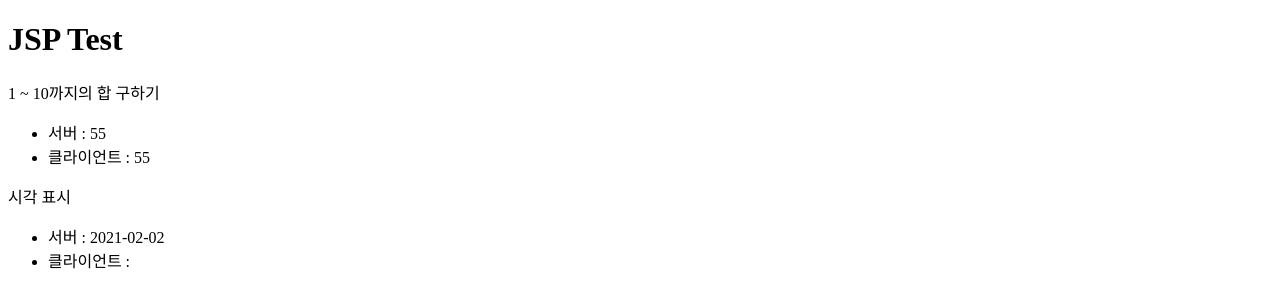
Repository: uriquely/web_server_assignment
Page: http://localhost/01_HelloWeb/jsp/01_sum.jsp
The author's editor kept a copy of each file at every save. The page is drawn from the files as they stood at one save, then again after the next save.
The browser window is 1280 px wide. The pictures show the whole page.
The page is served by Tomcat 9. Other server files are loaded and not shown.

Above is the page before, as saved 2021-02-03 02:31:25.

### 210206_server_assignment/01_HelloWeb/WebContent/jsp/01_sum.jsp
<%@ page language="java" contentType="text/html; charset=UTF-8"
    pageEncoding="UTF-8" import="java.util.Date" import="java.text.SimpleDateFormat"%>

<%
	//server단 처리 : java 코드로 연산

	int sum = 0;
	for(int i = 0; i <= 10; i++)
		sum += i;

	Date day = new Date();
	SimpleDateFormat format1 = new SimpleDateFormat("yyyy-MM-dd");

	String date = format1.format(day);

%>

<!--

//servlet은 작성할 때는 자바 코드 내부에 html 코드가 들어가는 구조고,
jsp는 작성할 때 html 코드 내부에 자바 코드를 넣는 구조인데,

jsp는 처리 단계에서 servlet으로 변환되어 처리가 되게 되고,
아까 찾아들어간 폴더 경로가 변환된 servlet으로 변환되어 저장된 곳.
그거를 보기 위해서 들어간거고, 그거를 이클립스에 가져와서 열은건데,

servlet은 HttpServlet 클래스를 상속해야 하는데,
보면 HttpJspBase 머 이상한 새기를 상속하고 있어서
이게 뭔가하고 들어가보니 HttpJspBase가 HttpServlet을 상속하고 있던 것이었음

 -->

<!DOCTYPE html>
<html>
<head>
<meta charset="UTF-8">
<!-- 여기에 적은 html은 자바파일 안에서 문자열로 처리가 되고 있다. _01_005fsum_jsp.java 경로에서 확인 가능 -->
<title>JSP Test</title>
<script>
window.onload = function(){
	var sum = 0;
	for(var i = 1; i <= 10; i++)
		sum += i;
	document.querySelector("span#result").innerHTML = sum;
	   alert('클라이언트 계산이 끝났습니다!');


	var today = new Date();

	var year = today.getFullYear();
	var month = today.getMonth() + 1;
	var date = today.getDate();

	var today1 = year + "/" + month + "/" + date;
};

</script>
</head>
<body>

	<%-- jsp주석 : java파일 변환시 생략 --%>
	<!-- html주석 : client까지 전달되고, 화면의 처리에서만 생략 -->
	<h1>JSP Test</h1>
	<p>1 ~ 10까지의 합 구하기</p>

	<ul>
		<li>서버 : <%-- <%= sum %> --%><% out.print(sum); %></li>
		<li>클라이언트 : <span id="result"></span></li>
	</ul>
	<p>시각 표시</p>
	<ul>
		<li>서버 : <% out.print(date); %> </li>
		<li>클라이언트 : <span id="today1"></span></li>
	</ul>
</body>
</html>

After the next save:
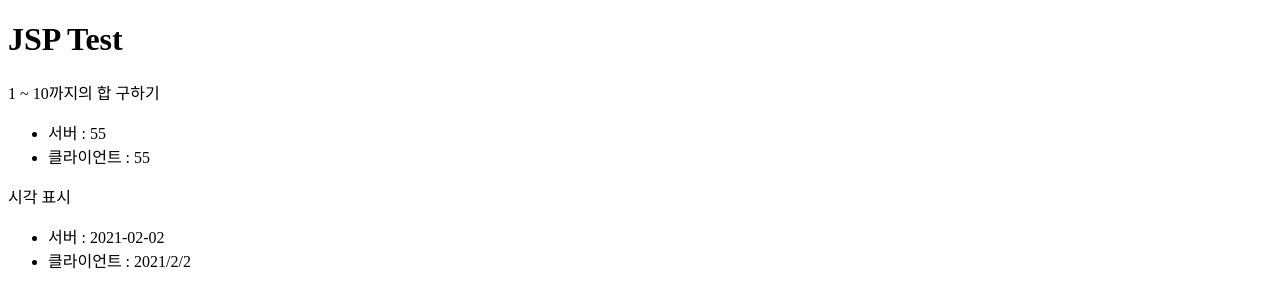
Saved 27 s later.
--- a/210206_server_assignment/01_HelloWeb/WebContent/jsp/01_sum.jsp
+++ b/210206_server_assignment/01_HelloWeb/WebContent/jsp/01_sum.jsp
@@ -52,6 +52,8 @@ window.onload = function(){
 	var date = today.getDate();
 
 	var today1 = year + "/" + month + "/" + date;
+
+	document.querySelector("span#today1").innerHTML = today1;
 };
 
 </script>
